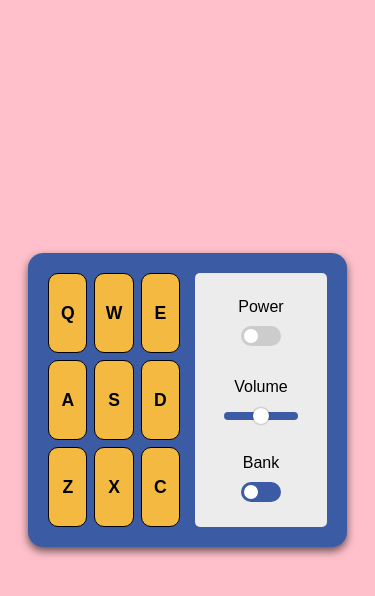
Repository: alfredoleano/drum-machine
Page: /
An editor plug-in stored every save of this project. The page is shown before and after the next save, followed by the edit.
The browser window is 375 px wide. The pictures show the whole page.
The project was rebuilt for these pictures with package versions that can differ from the ones it lists, and the page was loaded fresh each time.

Above is the page before, as saved 2024-06-11 20:33:56.

After the next save:
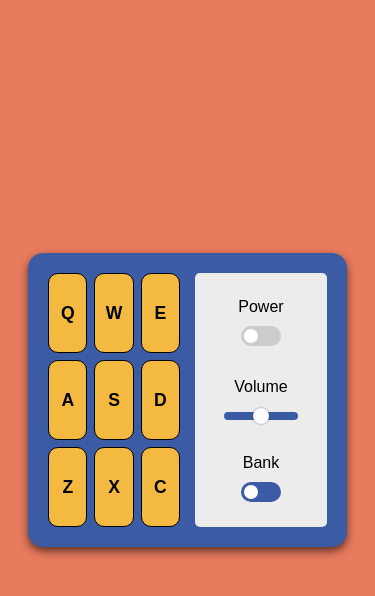
Saved 13 s later.
--- a/src/styles.scss
+++ b/src/styles.scss
@@ -237,18 +237,18 @@ input[type="range"]::-ms-track {
 
 /******************** Mobile Design **********************/
 @media screen and (max-width: 490px) {
-  body {
-    display: flex;
-    justify-content: center;
-    align-items: center;
-  }
-
-  #drum-machine {
-    height: 100vh;
-    width: 100vw;
-    overflow: hidden;
-    background-color: pink;
-  }
+  // body {
+  //   display: flex;
+  //   justify-content: center;
+  //   align-items: center;
+  // }
+
+  // #drum-machine {
+  //   height: 100vh;
+  //   width: 100vw;
+  //   overflow: hidden;
+  //   background-color: pink;
+  // }
 
   // #display {
   //   // transform: rotate(90deg);
